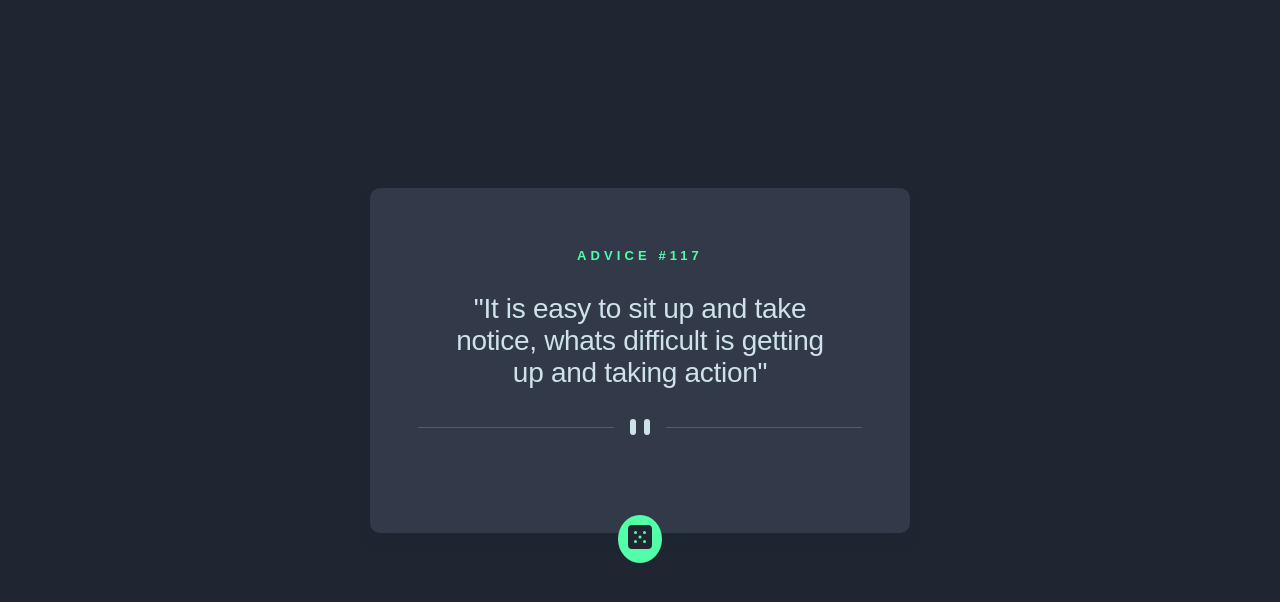
Repository: Arkitecth/advice-generator
Page: index.html
An editor plug-in stored every save of this project. The page is shown before and after the next save, followed by the edit.
The browser window is 1280 px wide. The pictures show the whole page.

Above is the page before, as saved 2023-07-12 18:07:34.

### index.html
<!DOCTYPE html>
<html lang="en">
<head>
  <meta charset="UTF-8">
  <meta name="viewport" content="width=device-width, initial-scale=1.0"> <!-- displays site properly based on user's device -->

  <link rel="icon" type="image/png" sizes="32x32" href="./images/favicon-32x32.png">
  <link rel="stylesheet" href="style.css">
  <title>Advice generator app</title>

</head>
<body>
  <div class="container">
    <p class="advice">Advice <span class="advice-num">#117</span></p>
    <p class="advice-text">"It is easy to sit up and take notice, whats difficult is getting up and taking action"</p>
    <img class="pattern-divider" src="images/pattern-divider-desktop.svg" alt="pattern-divider-desktop">
    <div>
      <img class="dice-icon" src="images/icon-dice.svg" alt="dice-icon">
    </div>

  </div>
</body>
</html>

### style.css
:root {
    --dark-blue: hsl(218, 23%, 16%);
    --dark-grayish-blue:hsl(217, 19%, 24%);
    --light-cyan:  hsl(193, 38%, 86%);
    --neon-green:hsl(150, 100%, 66%);
    --grayish-blue:hsl(217, 19%, 38%);
}
* {
    margin: 0;
    padding:0;
    box-sizing: border-box;
    font-family: 'Manrope', sans-serif;
}
@import url('https://fonts.googleapis.com/css2?family=Manrope:wght@800&display=swap');


body {
    background-color: var(--dark-blue);
    display: flex;
    height: 100vh;
    align-items: center;
}

.container {
    margin: 0 auto;
    background-color: var(--dark-grayish-blue);
    max-width: 540px;
    padding: 50px;
    border-radius: 10px;
    box-shadow: 0px 10px 10px var(--dark-blue);
    display: flex;
    flex-direction: column;
    align-items: center;
    align-content: space-around;
    justify-content: space-between;
}

.advice {
    color: var(--neon-green);
    text-transform: uppercase;
    font-weight: 800;
    letter-spacing: 4.086px;
    font-size: 0.8125rem;
    padding: 10px;
}

.advice-text {
    color: var(--light-cyan);
    text-align: center;
    font-size: 28px;
    letter-spacing: -0.3px;
    padding: 20px;
}


.pattern-divider {
    padding-top: 10px;
}


.container div {
    transform: translateY(80px);
    background-color: var(--neon-green);
    border-radius: 50%;
    padding: 10px;
}

.dice-icon {
    text-align: center;
}

After the next save:
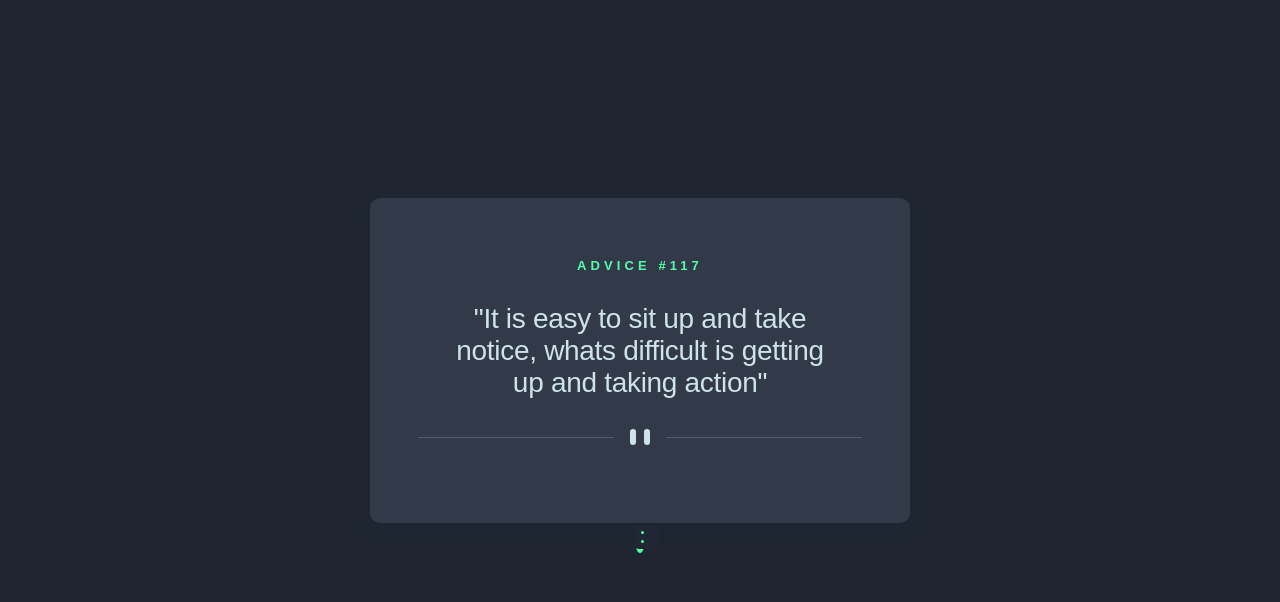
Saved 9 s later.
--- a/style.css
+++ b/style.css
@@ -62,7 +62,7 @@
     transform: translateY(80px);
     background-color: var(--neon-green);
     border-radius: 50%;
-    padding: 10px;
+    width: 10px;
 }
 
 .dice-icon {
